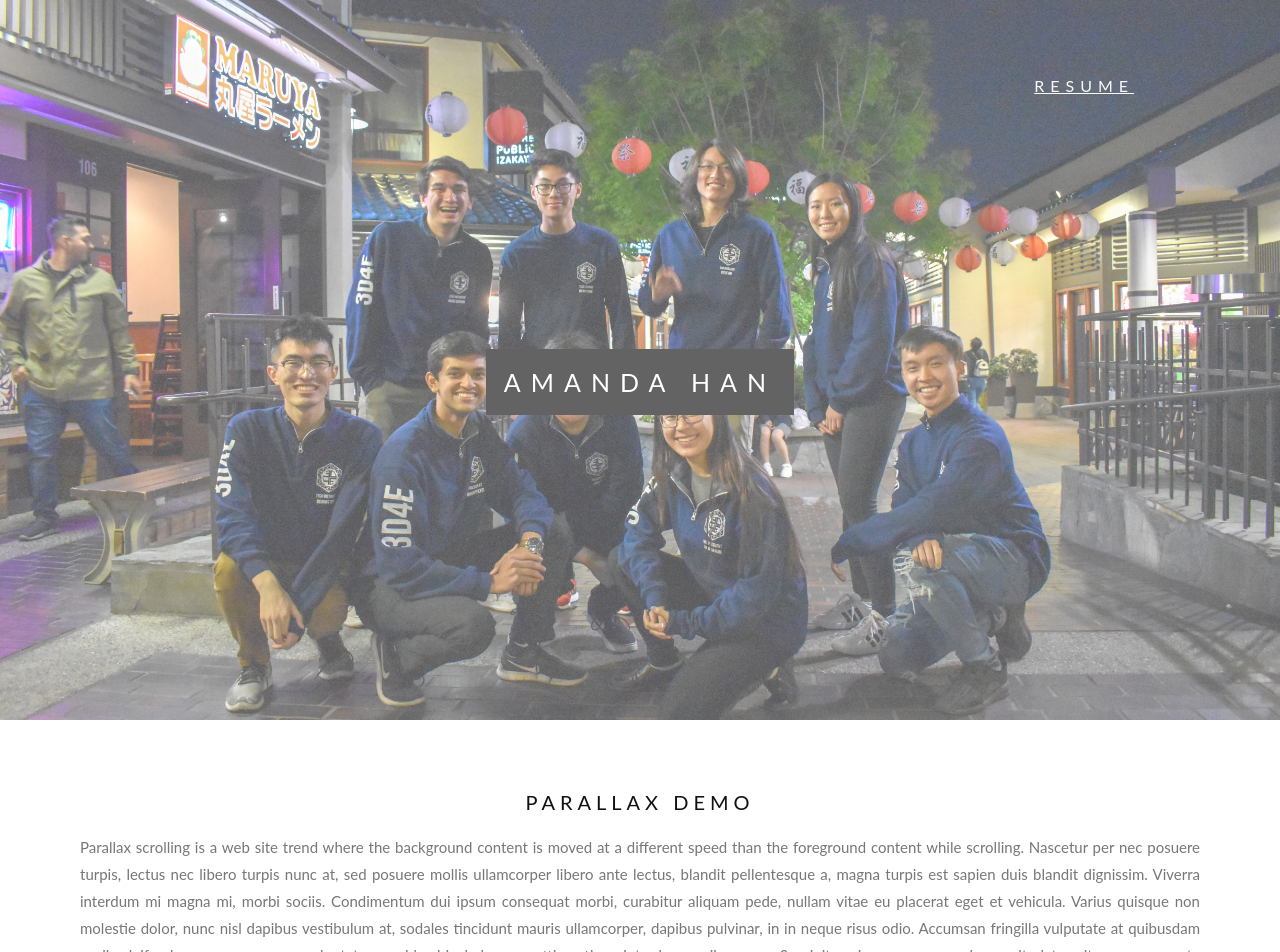
Repository: aliyuanh/me
Page: index.html
The author's editor kept a copy of each file at every save. The page is drawn from the files as they stood at one save, then again after the next save.
The browser window is 1280 px wide. The pictures show the part of the page from y = 0 to 952 px (the page is 2895 px tall).

Above is the page before, as saved 2020-09-17 00:26:29.

### index.html
<!DOCTYPE html>
<html>

<head>
    <meta name="viewport" content="width=device-width, initial-scale=1">
    <style>
         :root {
            --oxford-blue: #0b132bff;
            --space-cadet: #1c2541ff;
            --cadet-blue: #4da1a9ff;
            --wheat: #edd4b2ff;
            --mountbatten-pink: #9a7aa0ff;
        }

        body,
        html {
            height: 100%;
            margin: 0;
            font: 400 15px/1.8 "Lato", sans-serif;
            color: #777;
        }

        .bgimg-1,
        .bgimg-2,
        .bgimg-3 {
            position: relative;
            opacity: 0.65;
            background-attachment: fixed;
            background-position: center;
            background-repeat: no-repeat;
            background-size: cover;
        }

        .bgimg-1 {
            background-image: url("img/tokyo.jpg");
            min-height: 100%;
        }

        .bgimg-2 {
            background-image: url("img/imagineering.jpg");
            min-height: 400px;
        }

        .bgimg-3 {
            background-image: url("img/cmmnd.png");
            min-height: 400px;
        }

        .caption {
            position: absolute;
            left: 0;
            top: 50%;
            width: 100%;
            text-align: center;
            color: #000;
        }

        .caption span.border {
            background-color: #111;
            color: #fff;
            padding: 18px;
            font-size: 25px;
            letter-spacing: 10px;
        }

        h3 {
            letter-spacing: 5px;
            text-transform: uppercase;
            font: 20px "Lato", sans-serif;
            color: #111;
        }
        /* Turn off parallax scrolling for tablets and phones */

        .toResume {
            top: 10%;
            width: 100%;
            right: 10%;
            text-align: right;
            color: #000;
            position: absolute;
        }

        .resumeButton {
            background-color: --wheat;
            color: --cadet-blue;
            padding: 18px;
            font-size: 16px;
            letter-spacing: 6px;
        }

        @media only screen and (max-device-width: 1024px) {
            .bgimg-1,
            .bgimg-2,
            .bgimg-3 {
                background-attachment: scroll;
            }
        }
        /* CSS HEX */
    </style>
</head>

<body>

    <div class="bgimg-1">
        <div class="toResume">
            <span class="resumeButton"><a href="https://drive.google.com/file/d/1WPi9M0jbwAtVQjWsxIvFWxaKqeurGUjf/view?usp=sharing" style="color:#f7f7f7">RESUME</a></span>
        </div>
        <div class="caption">
            <span class="border">AMANDA HAN</span>
        </div>
    </div>

    <div style="color: #777;background-color:white;text-align:center;padding:50px 80px;text-align: justify;">
        <h3 style="text-align:center;">Parallax Demo</h3>
        <p>Parallax scrolling is a web site trend where the background content is moved at a different speed than the foreground content while scrolling. Nascetur per nec posuere turpis, lectus nec libero turpis nunc at, sed posuere mollis ullamcorper libero
            ante lectus, blandit pellentesque a, magna turpis est sapien duis blandit dignissim. Viverra interdum mi magna mi, morbi sociis. Condimentum dui ipsum consequat morbi, curabitur aliquam pede, nullam vitae eu placerat eget et vehicula. Varius
            quisque non molestie dolor, nunc nisl dapibus vestibulum at, sodales tincidunt mauris ullamcorper, dapibus pulvinar, in in neque risus odio. Accumsan fringilla vulputate at quibusdam sociis eleifend, aenean maecenas vulputate, non id vehicula
            lorem mattis, ratione interdum sociis ornare. Suscipit proin magna cras vel, non sit platea sit, maecenas ante augue etiam maecenas, porta porttitor placerat leo.</p>
    </div>

    <div class="bgimg-2">
        <div class="caption">
            <span class="border" style="background-color:transparent;font-size:25px;color: #f7f7f7;">LESS HEIGHT</span>
        </div>
    </div>

    <div style="position:relative;">
        <div style="color:#ddd;background-color:#282E34;text-align:center;padding:50px 80px;text-align: justify;">
            <p>Scroll up and down to really get the feeling of how Parallax Scrolling works.</p>
        </div>
    </div>

    <div class="bgimg-3">
        <div class="caption">
            <span class="border" style="background-color:transparent;font-size:25px;color: #f7f7f7;">SCROLL UP</span>
        </div>
    </div>

    <div style="position:relative;">
        <div style="color:#ddd;background-color:#282E34;text-align:center;padding:50px 80px;text-align: justify;">
            <p>Scroll up and down to really get the feeling of how Parallax Scrolling works.</p>
        </div>
    </div>

    <div class="bgimg-1">
        <div class="caption">
            <span class="border"><a href="mailto: aliyuanh@ucla.edu" style="color:#ddd ">Email me!</a></span>
        </div>
    </div>

</body>

</html>

After the next save:
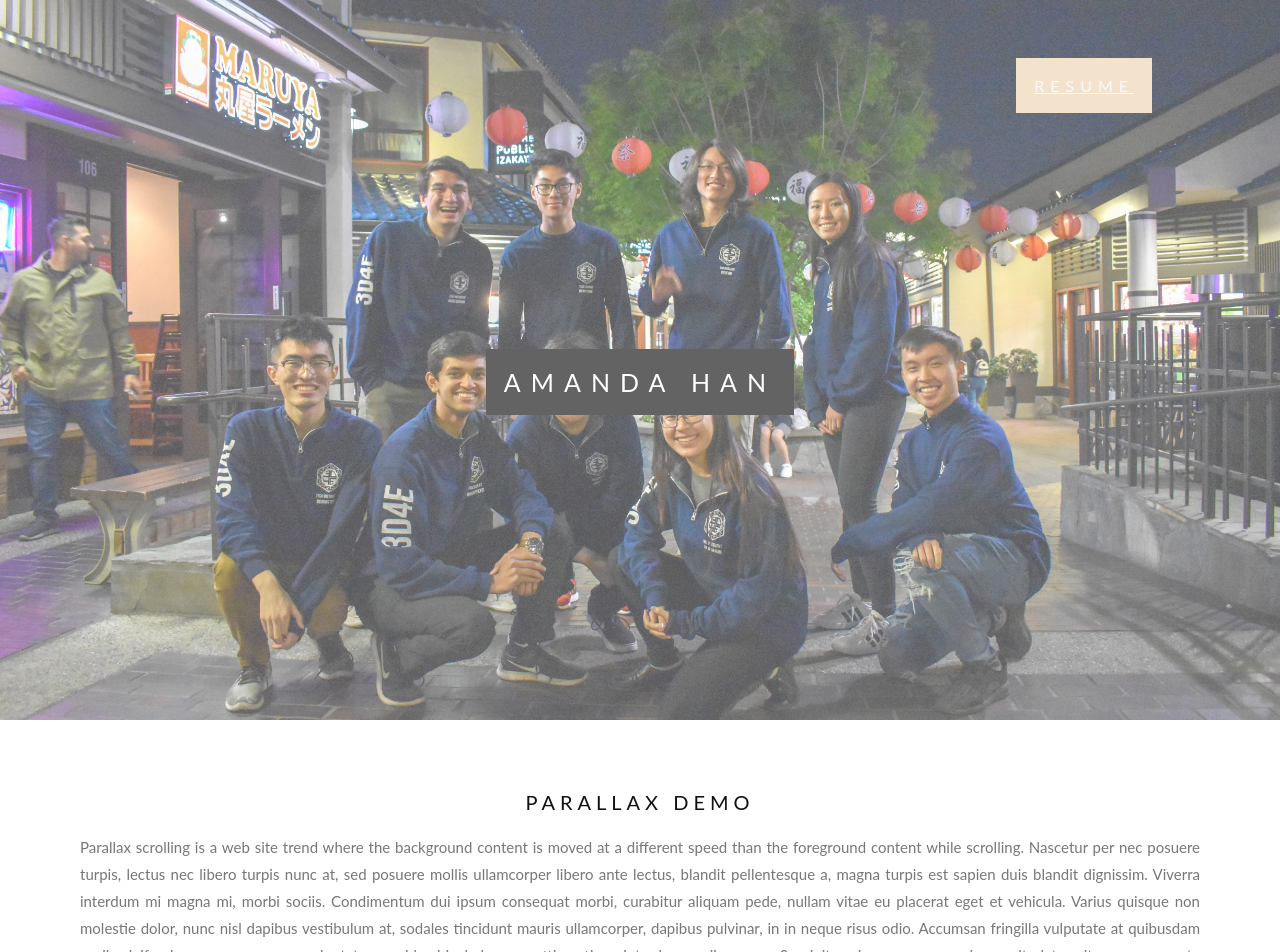
Saved 48 s later.
--- a/index.html
+++ b/index.html
@@ -81,8 +81,8 @@
         }
 
         .resumeButton {
-            background-color: --wheat;
-            color: --cadet-blue;
+            background-color: var(--wheat);
+            color: var(--cadet-blue);
             padding: 18px;
             font-size: 16px;
             letter-spacing: 6px;
